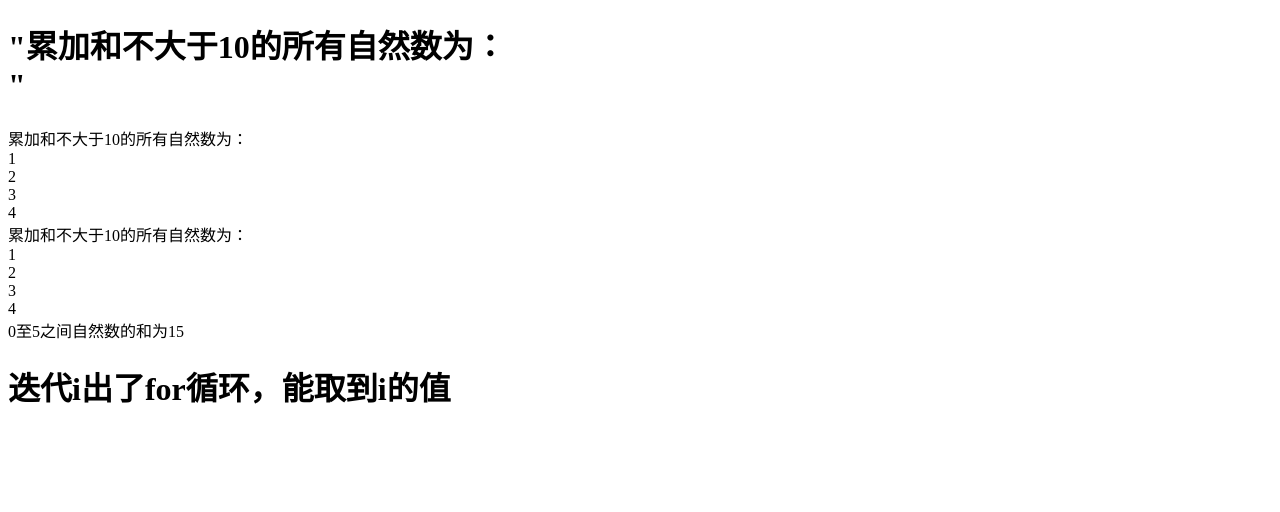
Repository: bookFireFly/bookFireFly
Page: JavaScriptMingriBook/Main/07累计和不大于10的自然数.html
The author's editor kept a copy of each file at every save. The page is drawn from the files as they stood at one save, then again after the next save.
The browser window is 1280 px wide. The pictures show the whole page.

Above is the page before, as saved 2017-10-18 15:03:55.

### JavaScriptMingriBook/Main/07累计和不大于10的自然数.html
<!DOCTYPE html>
<html>
<head>
<meta charset="UTF-8">
<title>07累计和不大于10的自然数</title>
</head>
<body>
<h1>"累加和不大于10的所有自然数为：<br>"</h1>
<script type="text/javascript">
var i=1;
var sum=i;
document.write("累加和不大于10的所有自然数为：<br>")
while(sum<10){
	sum=sum+i;
	document.write(i+"<br>");
	i++;
}
</script>
<script type="text/javascript">
var sum=0;
var i=1;
document.write("累加和不大于10的所有自然数为：<br>")
do{
	sum=sum+i
	document.write(i+"<br>");
	i++
}while(sum<10);
</script>
<script type="text/javascript">
var sum=0;
for(i=0;i<100;i++){
	sum=sum+i
	if(sum>10) break;
}
document.write("0至"+i+"之间自然数的和为"+sum);
</script>
<h1>迭代i出了for循环，能取到i的值</h1>
</body>
</html>

After the next save:
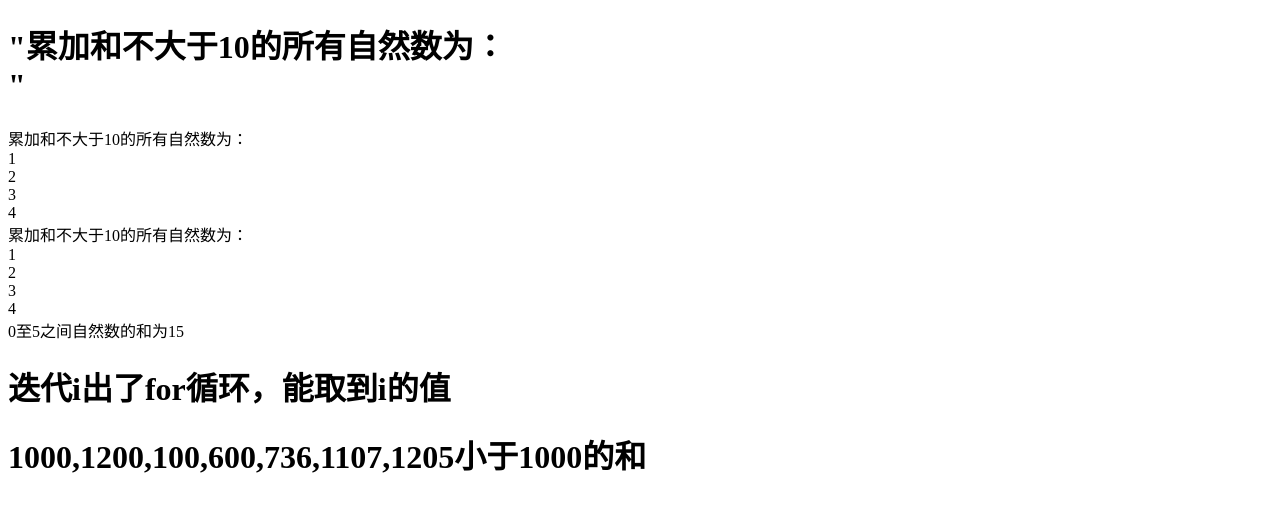
Saved 2 min 55 s later.
--- a/JavaScriptMingriBook/Main/07累计和不大于10的自然数.html
+++ b/JavaScriptMingriBook/Main/07累计和不大于10的自然数.html
@@ -35,5 +35,6 @@ for(i=0;i<100;i++){
 document.write("0至"+i+"之间自然数的和为"+sum);
 </script>
 <h1>迭代i出了for循环，能取到i的值</h1>
+<h1>1000,1200,100,600,736,1107,1205小于1000的和</h1>
 </body>
 </html>
